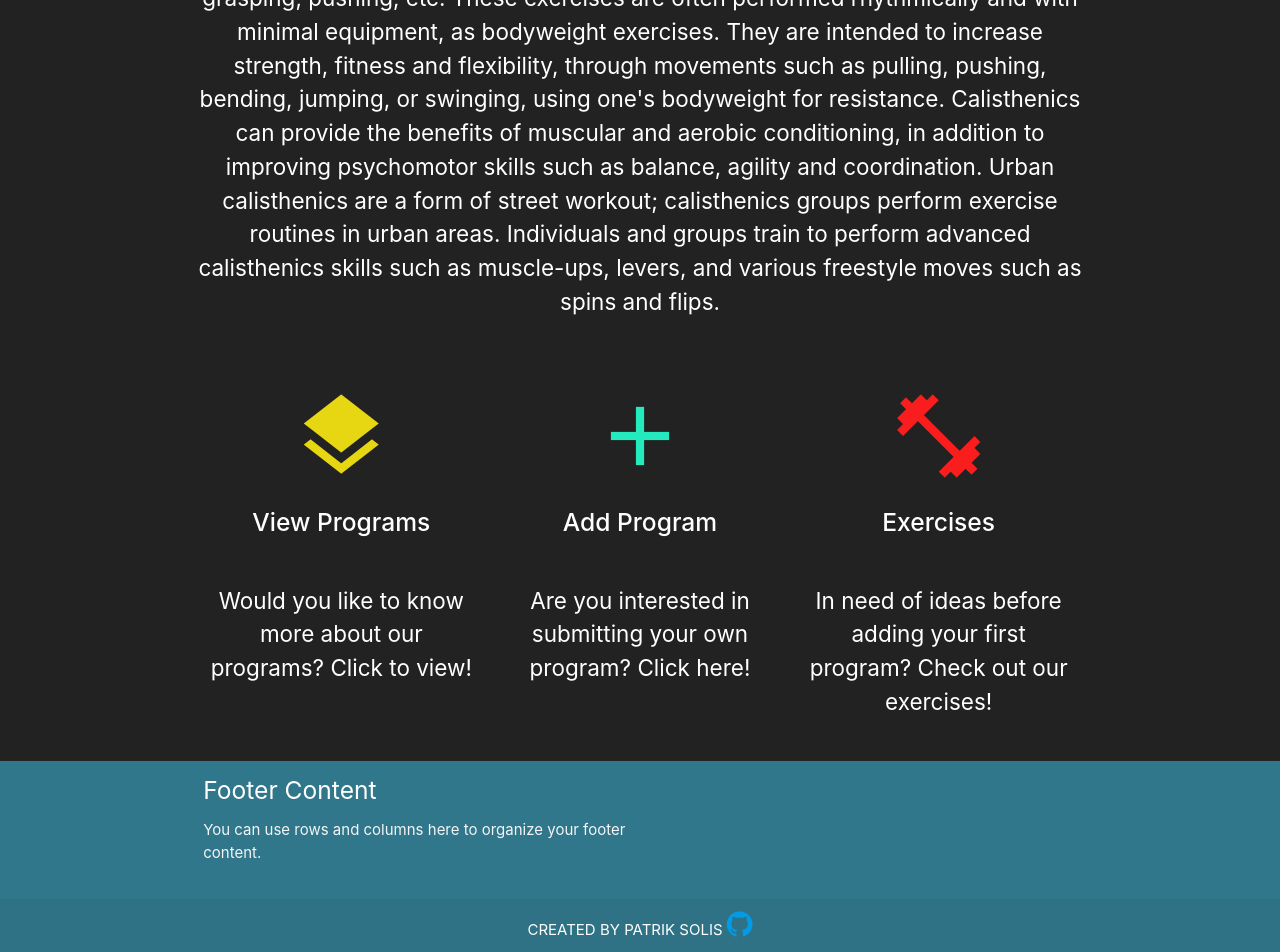
Repository: Ario124/calisthenics-project
Page: http://localhost/
The author's editor kept a record of every edit. The page is drawn from the files as they stood at one moment, then again after the next edit.
The browser window is 1280 px wide. The pictures show the part of the page from y = 989 to 1941 px (the page is 1941 px tall).
The page is served by the project's application, run on Flask 3 (app.py).

Above is the page before.

After the next edit:
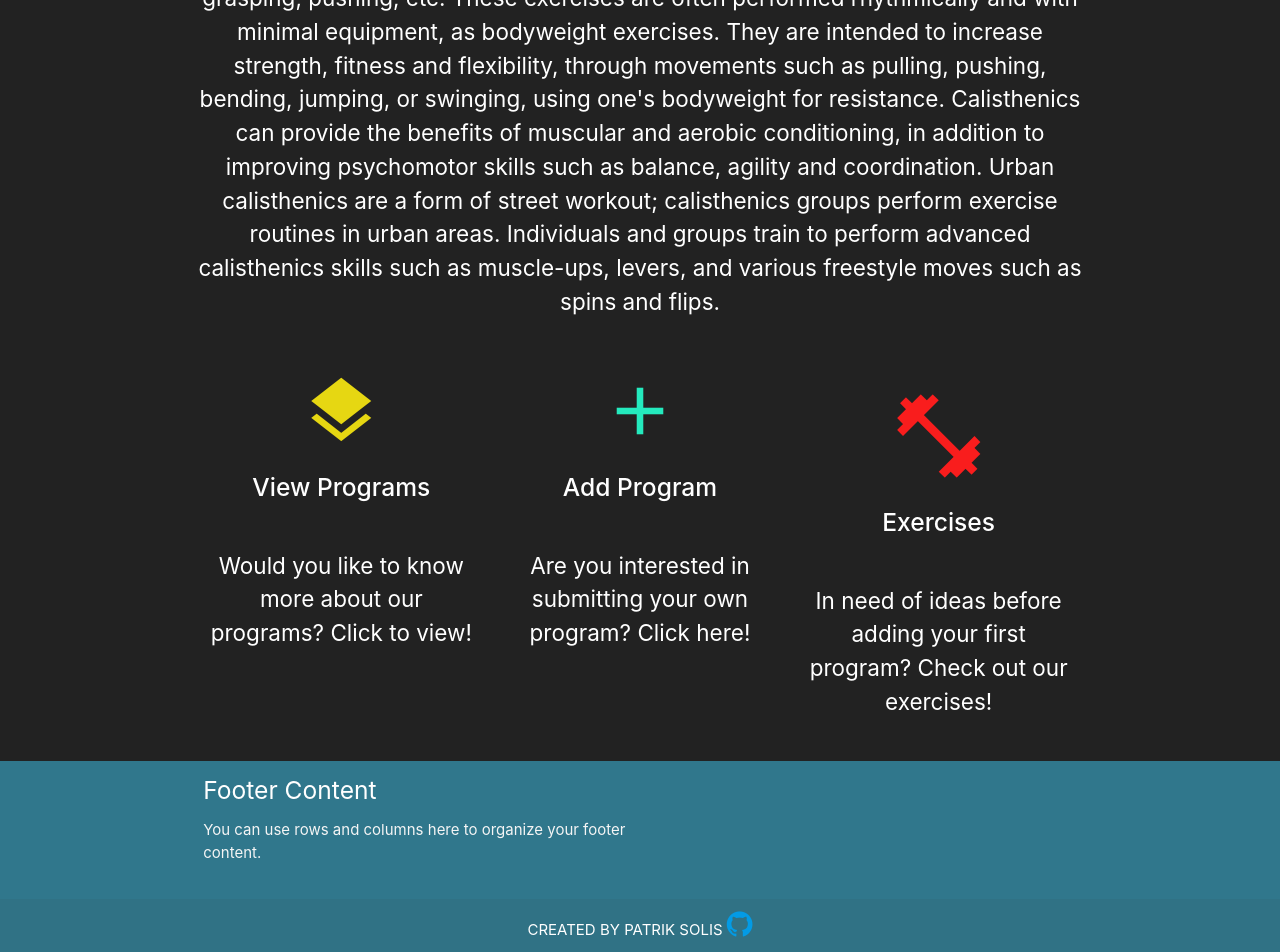
The edit:
--- a/static/css/main.css
+++ b/static/css/main.css
@@ -31,8 +31,8 @@
 }
 
 .icon-size {
-    font-size: 100px;
-    margin-top:30px;
+    font-size: 80px;
+    margin-top:15px;
 }
 
 .contoo {

After the edit that followed:
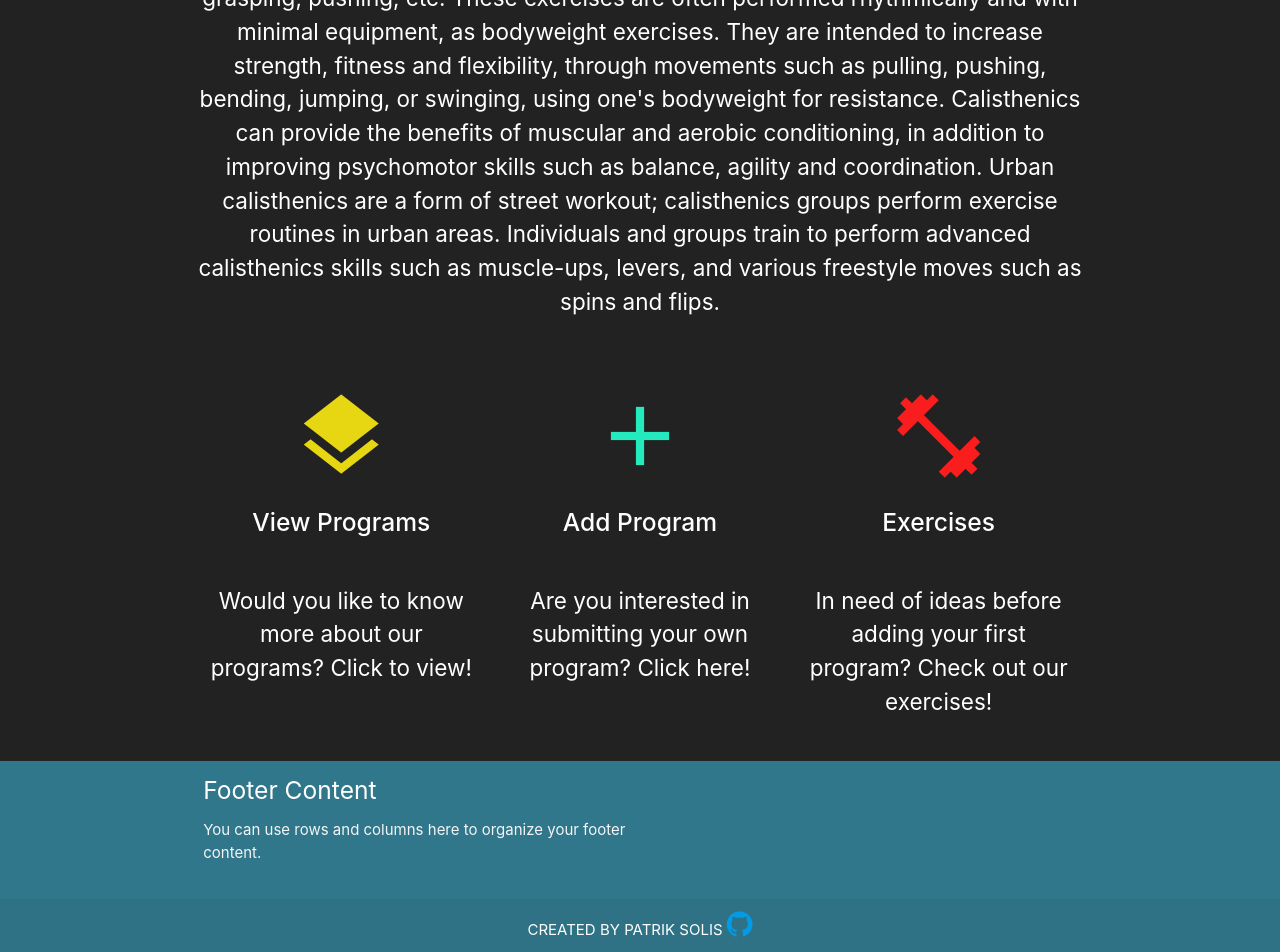
The edit:
--- a/static/css/main.css
+++ b/static/css/main.css
@@ -214,5 +214,9 @@
     z-index: -4;
 }
 
-
-}
+.icon-size {
+    font-size: 100px;
+    margin-top:30px;
+}
+
+}
